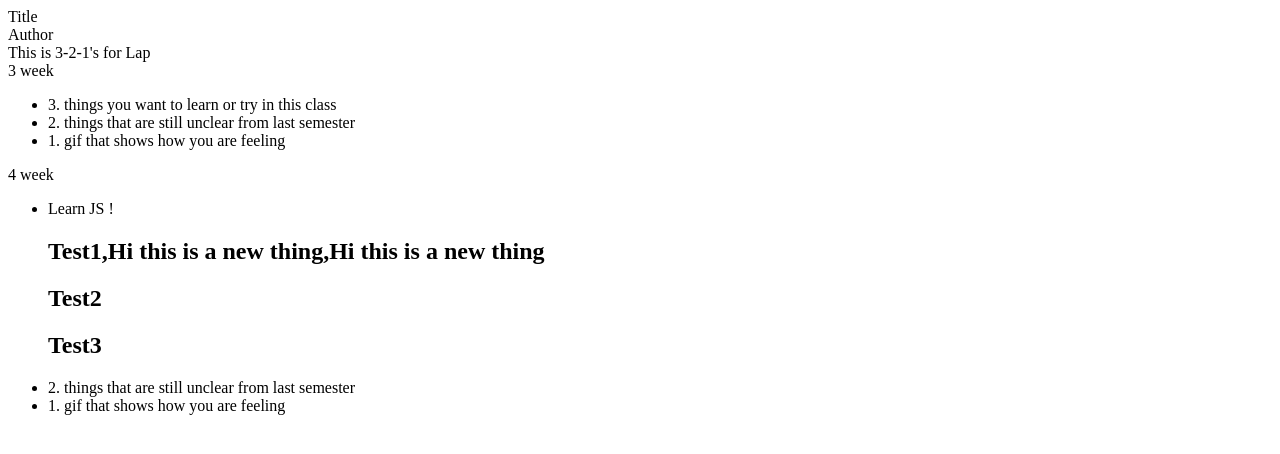
Repository: HyunJunggggg/MDIA2109
Page: inclass/index.html
The author's editor kept a copy of each file at every save. The page is drawn from the files as they stood at one save, then again after the next save.
The browser window is 1280 px wide. The pictures show the whole page.

Above is the page before, as saved 2025-01-30 15:33:32.

### inclass/index.html
<!DOCTYPE html>
<html lang="en">
    <head>
        <!-- Meta -->
        <meta charset="UTF-8" />
        <meta name="viewport" content="width=device-width, initial-scale=1.0" />
        <link rel="stylesheet" href="style.css" />
        <title> HyunJung's Blog 😉 </title>
    </head>

    <!-- body -->
    <body>
        <section>
            <div class="container" id="rats-ass">
                <header class="container__header">
                    <div class="container__title">Title</div>
                    <div class="container__contextual--info">Author</div>
                </header>
                <div class="container__content">
                    This is 3-2-1's for Lap

                    <div class="container">
                        <header class="container__header">
                            <div class="container__color container__title">3 week</div>
                        </header>
                        <div
                            class="container__content container__content--tight">
                            <ul>
                                <li>
                                    3. things you want to learn or try in this
                                    class
                                </li>
                                <li>
                                    2. things that are still unclear from last
                                    semester
                                </li>
                                <li>1. gif that shows how you are feeling</li>
                            </ul>
                        </div>
                    </div>

                    <div class="container">
                        <header class="container__header">
                            <div class="container__color container__title "> 4 week</div>
                        </header>
                        <div
                            class="container__content container__content--tight">
                            <ul>
                                <li>
                                   Learn JS !
                                   <h1>Test1</h1>
                                   <h1>Test2</h1>
                                   <h1>Test3</h1>
                                </li>
                                <li>
                                    2. things that are still unclear from last
                                    semester
                                </li>
                                <li>1. gif that shows how you are feeling</li>
                            </ul>
                        </div>
                    </div>

                </div>
            </div>
        </section>
        <script src="main.js"></script>
    </body>
</html>

### inclass/main.js
console.log('Hello ! This is my 🍉');

// let catName= 'kitten';

// if (catName === 'apple') {
//   window.alert('yeah! Hello kitten ? ');
// } else {
//   window.alert ("Who are you?");
// }

let $title = document.querySelector('h1');
// querySelecor -> target one thing
// if var has $ <- this mean, it just reference document.
console.log($title);

$title.append(',Hi this is a new thing');

let $headerElement = document.querySelectorAll('h1');
$headerElement[0].append(',Hi this is a new thing');
// querySelectorAll - shows array , so it should target

document.createElement('h2');

Loaded but not shown: inclass/style.css (no copy from this time; the picture is the same without it)

After the next save:
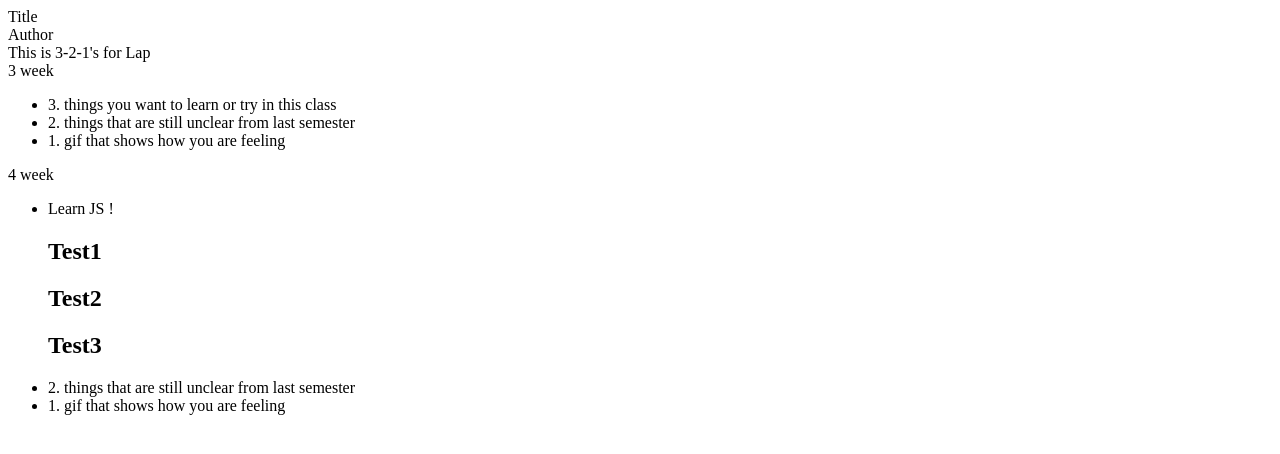
Console error: SyntaxError: Unexpected token '.'
Saved 6 s later.
--- a/inclass/main.js
+++ b/inclass/main.js
@@ -19,4 +19,4 @@
 $headerElement[0].append(',Hi this is a new thing');
 // querySelectorAll - shows array , so it should target
 
-document.createElement('h2');
+let document.createElement('h2');

After the 2 saves that followed:
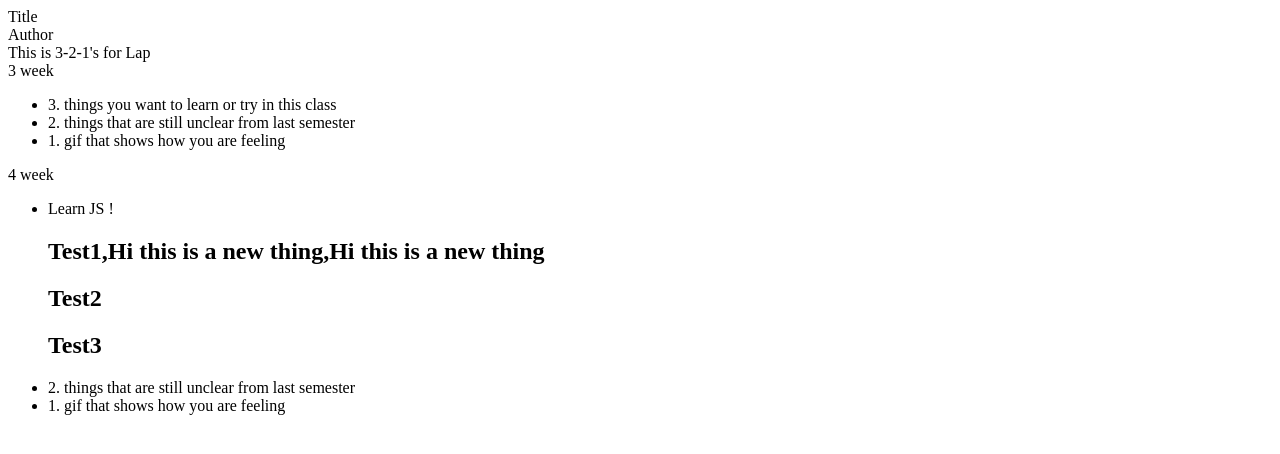
The error is gone.
The 2 saves are shown as one change because 1 left the picture as it was.
The last was saved 15 s later.
--- a/inclass/main.js
+++ b/inclass/main.js
@@ -19,4 +19,4 @@
 $headerElement[0].append(',Hi this is a new thing');
 // querySelectorAll - shows array , so it should target
 
-let document.createElement('h2');
+let $subheader = document.createElement('h2');
